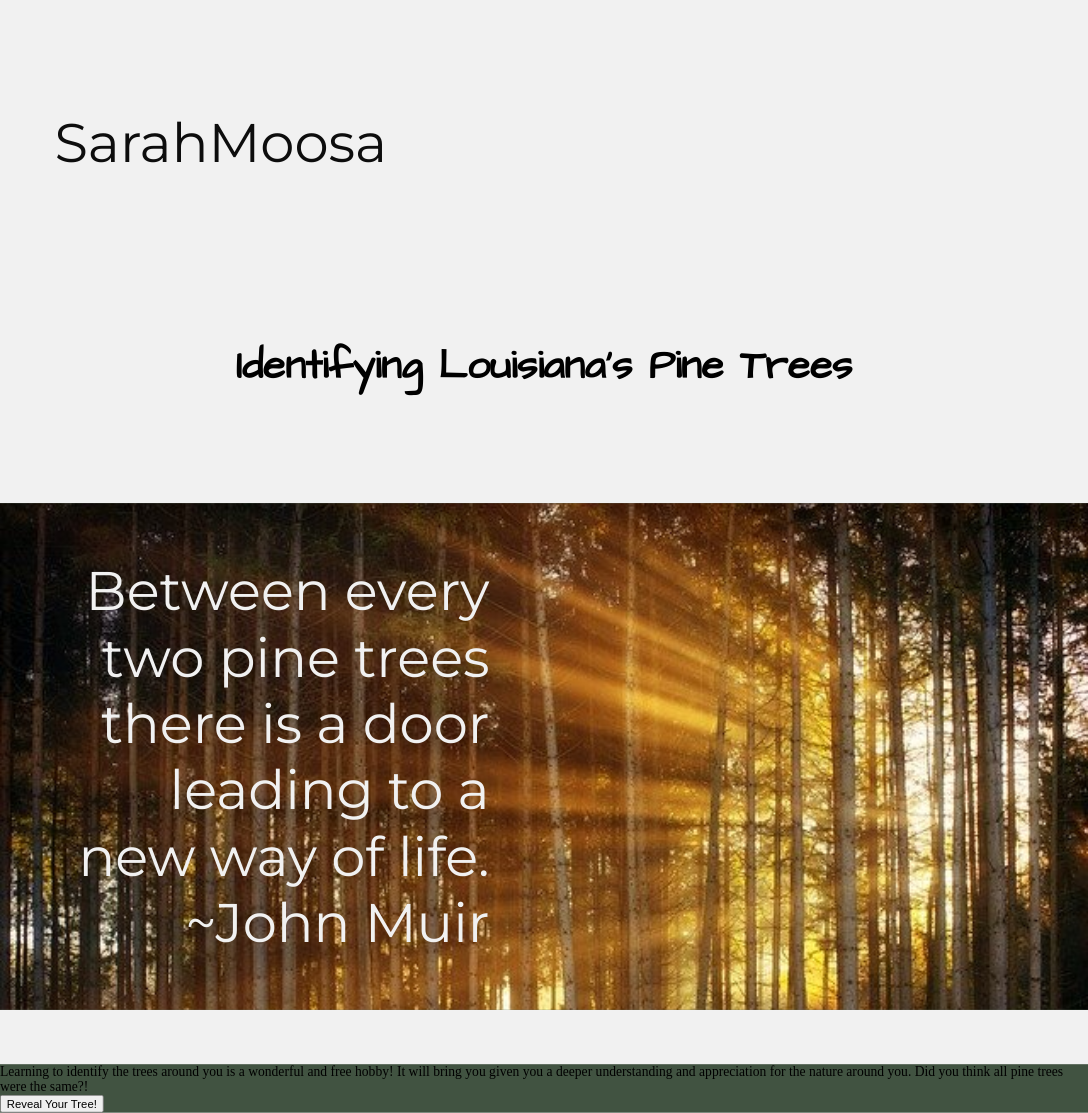
Repository: Sbethm/louisianaPineTrees
Page: pine_main.html
The author's editor kept a copy of each file at every save. The page is drawn from the files as they stood at one save, then again after a run of saves.
The browser window is 1280 px wide. The pictures show the whole page, at 85% of full size.
The style sheet was rebuilt from its Sass, Less or Tailwind sources for each picture, by a compiler version that may differ from the author's.

Above is the page before, as saved 2021-09-16 13:53:22.

### pine_main.html
<!DOCTYPE html>
<html lang="en">
<head>
    <meta charset="UTF-8">
    <meta http-equiv="X-UA-Compatible" content="IE=edge">
    <meta name="viewport" content="width=device-width, initial-scale=1.0">
    <link rel="preconnect" href="https://fonts.googleapis.com">
    <link rel="preconnect" href="https://fonts.gstatic.com" crossorigin>
    <link href="https://fonts.googleapis.com/css2?family=Architects+Daughter&family=Montserrat:ital,wght@0,400;0,500;0,700;1,400;1,500;1,700&display=swap" rel="stylesheet">
    <!--
        headerFont: 'Architects Daughter', cursive;
        mainFont: 'Montserrat', sans-serif;
    -->
    <link rel="stylesheet" href="./CSS/main.css">
    <title>Louisiana Pine Trees</title>
</head>
<body>
    <header>
        <p>SarahMoosa</p>
    </header>
    <main>
        <h1>Identifying Louisiana's Pine Trees</h1>
        <div class="intro-container container">
            <p class="float-right quote">Between every two pine trees there is a door leading to a new way of life. ~John Muir</p>
        </div>
        <div class="questions-container container">
            <div class="bg-image call-to-action">Learning to identify the trees around you is a wonderful and free hobby! It will bring you given you a deeper understanding and appreciation for the nature around you. Did you think all pine trees were the same?!</div>
            <section class="question-block">
                <div class="question"></div>
            </section>
            <section class="question-block">
                <div class="question"></div>
            </section>
            <section class="question-block">
                <div class="question"></div>
            </section>
            <section class="question-block">
                <div class="question"></div>
            </section>
            <section class="question-block">
                <div class="question"></div>
            </section>
            <div class="results-btn btn">
                <button>Reveal Your Tree!</button>
            </div>
            <div class="results"></div>
        </div>
    </main>
</body>

### src/scss/main.scss
@import "./variables";


//GLOBAL STYLES
*{box-sizing: border-box;}

body {
    margin: 0;
    background-color: #f1f1f1;
}

h1,
h2 {
    font-family: $headerFont;
    padding: clamp(0.5em, 5%, 1.5em);
}

h1{
    font-size: 3em;
    margin: 0 auto;
    text-align: center;
}

p {
    font-family: $mainFont;
    font-size: clamp(1rem, 5vw, 4rem);
    color: $acColorDr;
    padding: clamp(0.5em, 5%, 1.5em);
}

.container {
    background-color: $mainColor;
}

.intro-container {
    background-image: url(../img/forest-pine.jpg);
    background-repeat: no-repeat;
    background-size: cover;
}

.quote {
    width: 50%;
    text-align: right;
    color: #f1f1f1;
}
//This code was used to cause grid items to over lap. It worked very well, but I think it is unnecessary and bulkier code than I need for the result that I want.
// .intro-container {
//     display: grid;
//     grid-template-columns: 50% 50%;
//     grid-auto-rows: 100%;

//     & img {
//         grid-column: 1/3;
//         grid-row: 1;
//         display: inline;
//         max-width: 100%;
//         z-index: 1;
//     }

//     & .quote {
//         grid-column: 2/3;
//         grid-row: 1;
//         align-self: center;
//         z-index: 9;
//     }
// }

### src/scss/_variables.scss
//COLORS
$mainColor: hsl(120, 12%, 29%);
$acColorLi: hsl(0, 0%, 29%);
$acColorDr: hsl(0, 0%, 5%);

//FONTS
$headerFont: 'Architects Daughter', cursive;
$mainFont: 'Montserrat', sans-serif;

After the next 2 saves:
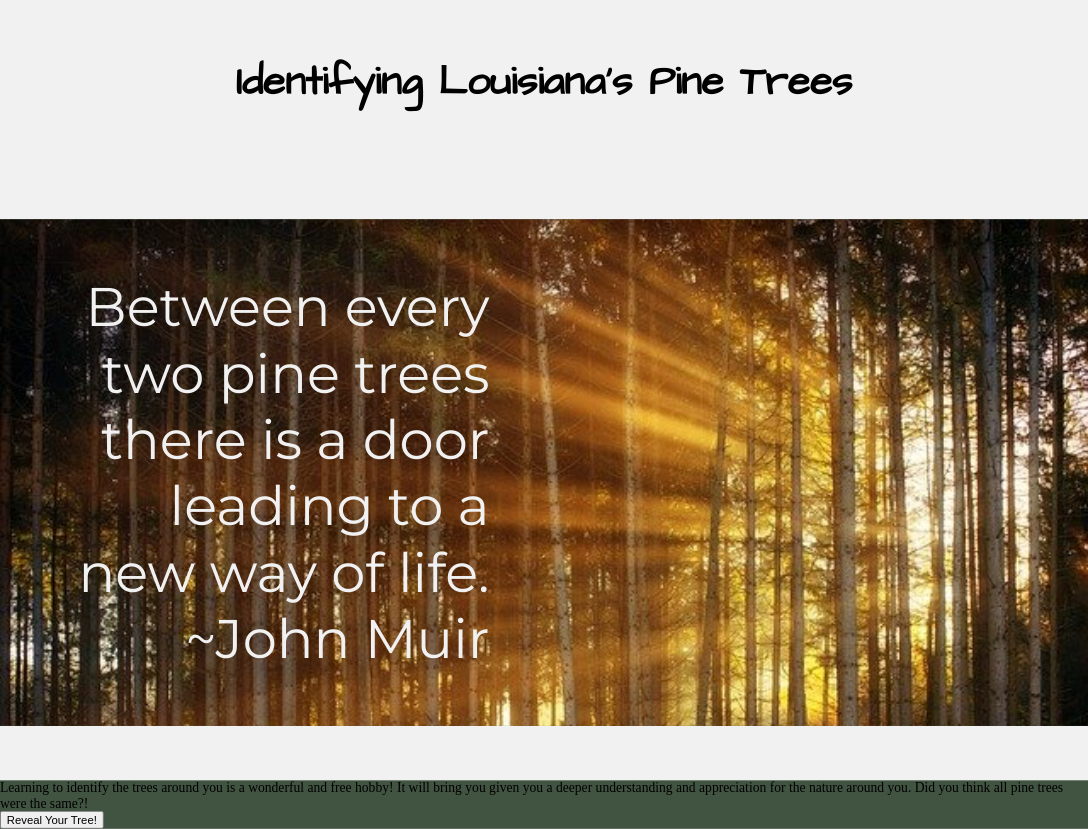
The 2 saves are shown as one change because they came seconds apart.
The last was saved 15 s later.
--- a/pine_main.html
+++ b/pine_main.html
@@ -16,7 +16,7 @@
 </head>
 <body>
     <header>
-        <p>SarahMoosa</p>
+        <a</p>
     </header>
     <main>
         <h1>Identifying Louisiana's Pine Trees</h1>
